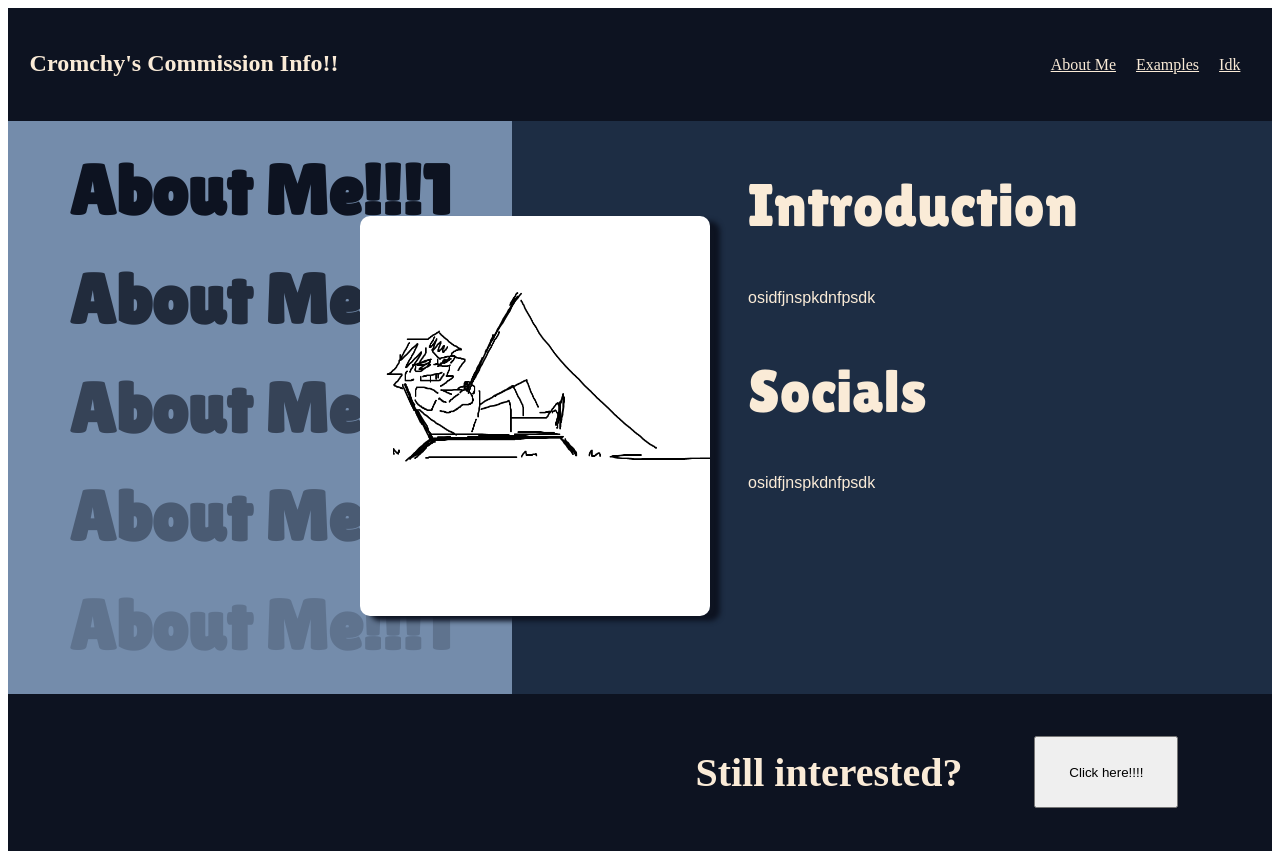
Repository: crackaLack1n/Cromchys_Commission_Site
Page: /
An editor plug-in stored every save of this project. The page is shown before and after the next save, followed by the edit.
The browser window is 1280 px wide. The pictures show the whole page.
The project was rebuilt for these pictures with package versions that can differ from the ones it lists, and the page was loaded fresh each time. The framework's server and built-in components were replaced by stand-ins that run in the browser. Also part of the build but not shown: next.config.mjs.

Above is the page before, as saved 2024-06-11 15:47:56.

### pages/_app.js
import "@/styles/globals.css";
import { Lilita_One } from "next/font/google";


const lilita_One = Lilita_One({ weight: '400', subsets: ["latin"] });

export default function App({ Component, pageProps }) {
  return <Component {...pageProps} />;
}

### pages/index.js
import Head from "next/head";
import Header from "@/Components/Header";
import Image from "next/image";
import styles from "@/styles/Home.module.css";
import Footer from "@/Components/Footer";
import { Lilita_One } from "next/font/google";


const lilita_One = Lilita_One({ weight: '400', subsets: ["latin"] });



export default function Home() {
  return (
    <>
      <Head>
        <title>Cromchy's Commission</title>
        <meta name="description" content="Generated by create next app" />
        <meta name="viewport" content="width=device-width, initial-scale=1" />
        <link rel="icon" href="/favicon.ico" />
      </Head>

      <Header />

      <main className={`${styles.main}`}>
      <div >
          <Image src={'/images/banner2.png'} height={400} width={350} className={styles.image}></Image>
        </div>
        <div className={styles.mainContainer}>
          <div className={styles.containerLeft}>
            <div className={`${styles.contentLeft} ${lilita_One.className}`}>
              <p >About Me!!!1</p>
              <p style={{opacity: '0.8'}}>About Me!!!1</p>
              <p style={{opacity: '0.6'}}>About Me!!!1</p>
              <p style={{opacity: '0.4'}}>About Me!!!1</p>
              <p style={{opacity: '0.2'}}>About Me!!!1</p>
            </div>
          </div>
          <div className={styles.containerRight}>
            <div className={styles.contentRight}>
              <div className={styles.section}>
              <h2 className={`${styles.heading} ${lilita_One.className}`}>Introduction</h2>
              <p>osidfjnspkdnfpsdk</p>
              </div>
              <div className={styles.section}>
              <h2  className={`${styles.heading} ${lilita_One.className}`}>Socials</h2>
              <p>osidfjnspkdnfpsdk</p>
              </div>
            </div>
          </div>
        </div>
      </main>
      <Footer />
    </>
  );
}

### Components/Header/index.js
import Link from "next/link"
import style from './header.module.css';
export default function Header() {
  return (
    <>
      <div className={style.main}>
        <h2>Cromchy's Commission Info!!</h2>
        <nav className={style.nav}>
          <ul className={style.buttons}>
            <li><Link href={`/`}>About Me</Link></li>
            <li><Link href={`/Examples`}>Examples</Link></li>
            <li><Link href={`/Idk`}>Idk</Link></li>
          </ul>
        </nav>
      </div>
    </>
  )
}

### styles/Home.module.css
.main {
  display: flex;
  min-height: 20vh;
  background-color: #748CAB;
}

.mainContainer {
  position: relative;
 display: grid;
 grid-template-columns:  1fr 3fr;
 height: auto;

}

.containerLeft {
  display: flex;
  width: 70vh;
  justify-content: center;
}

.contentLeft p {
  font-size: 70px;
  font-weight: 600;
  margin: 4vh;
  color: #0D1321;
}
.containerRight {
  display: flex;
  padding-left: 30vh;
  background-color: #1D2D44;
  width: auto;
  color: antiquewhite;
  font-family: sans-serif;
}

.heading {
  font-size: 60px;
}
.image {
  z-index: 1;
  top: 30vh;
  left: 50vh;
  position: absolute;
  border-radius: 10px;
  box-shadow: #0D1321 10px 5px 5px ;
}

.section {
  margin: 20px;
}

/* Mobile */
@media (max-width: 700px) {

}

/* Tablet and Smaller Desktop */
@media (min-width: 701px) and (max-width: 1120px) {

}

### Components/Footer/index.js
import style from './footer.module.css';
import Link from 'next/link';

export default function Footer() {
  return(
    <>
    <footer className={style.main}>
      <div className={style.content}>
      <h2 className={style.heading}>Still interested?</h2>
      <button className={style.button}><Link href={'/pages/Examples.js'}></Link>Click here!!!!</button>
      </div>
    </footer>
    </>
  )
}

### Components/Header/header.module.css
.main {
  display: flex;
  justify-content: space-between;
  padding: 3vh;
  background-color: #0D1321;
  color: antiquewhite;
}


.nav {
justify-content: end;

}

.buttons {
  display: flex;

}

.buttons li {
  padding: 10px;
  list-style-type: none;
  color: antiquewhite;
}

.buttons a {
  color: antiquewhite;
}

### Components/Footer/footer.module.css
.main {
  display: flex;
  padding: 3vh;
  background-color: #0D1321;
  color: antiquewhite;
  flex-shrink: 0;
}

.content {
  display: flex;
  flex-direction: row;
  width: 100%;
  justify-content: flex-end;
  align-items: center;
}

.heading {
  margin-right: 10vh;
  font-size: 40px;
}

.button {
  margin-right: 10vh;
  width: 20vh;
  height: 10vh;
}

Loaded but not shown: pages/_document.js (common file); styles/globals.css (common file)

After the next save:
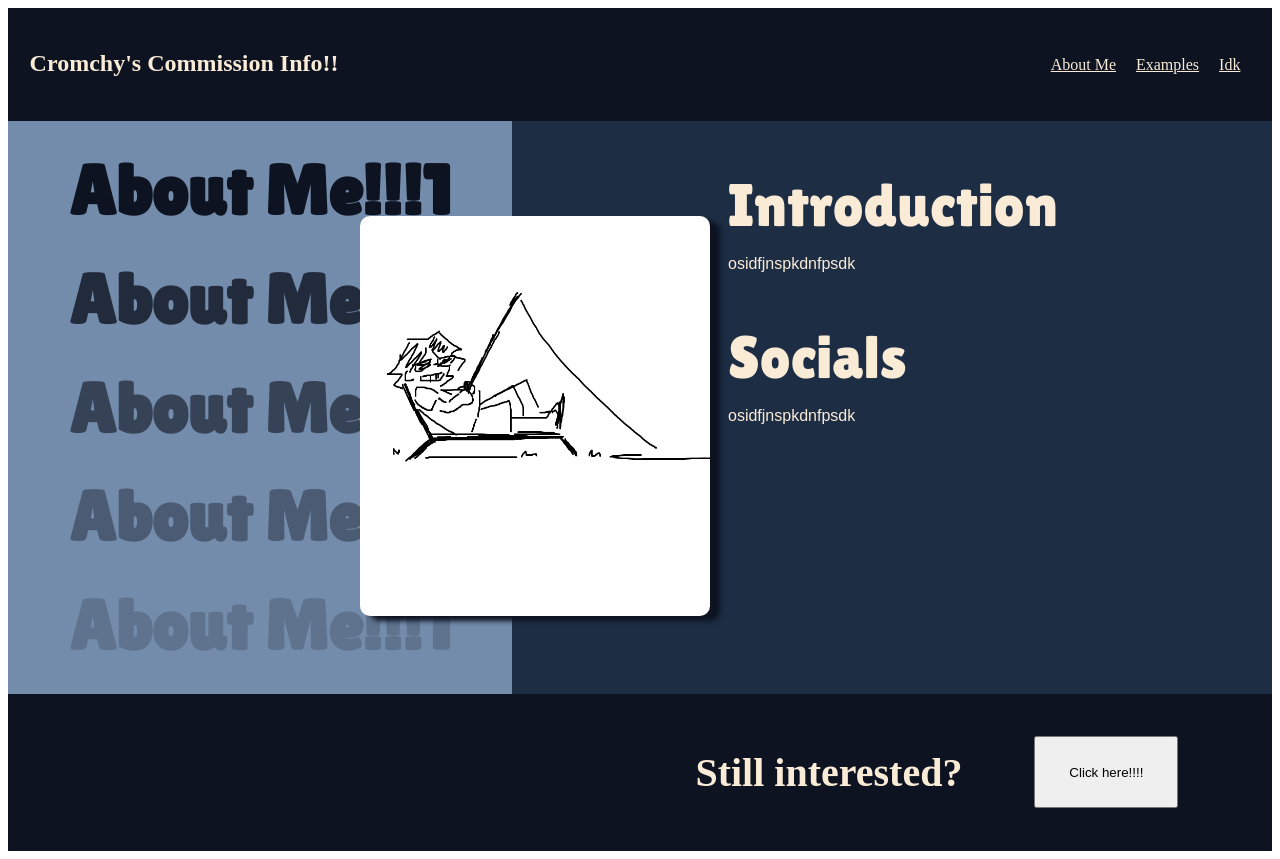
Saved 18 s later.
--- a/styles/Home.module.css
+++ b/styles/Home.module.css
@@ -35,6 +35,7 @@
 
 .heading {
   font-size: 60px;
+  margin-bottom: 0;
 }
 .image {
   z-index: 1;
@@ -46,7 +47,7 @@
 }
 
 .section {
-  margin: 20px;
+
 }
 
 /* Mobile */
